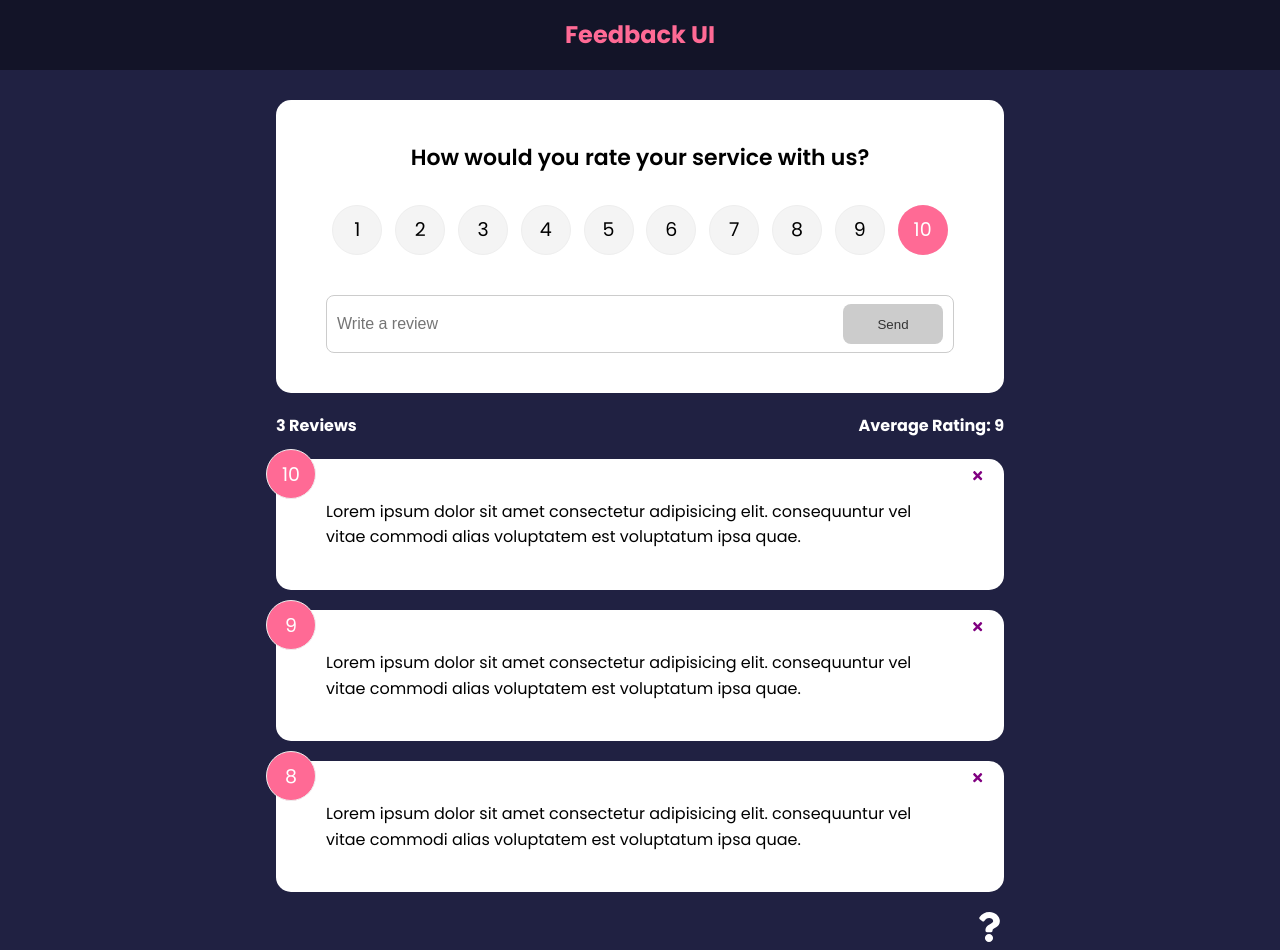
Repository: haokiet2501/feedback-app
Page: /
These files come from the project's save history. The page is drawn as it stood at one moment and after a run of saves; the edit follows.
The browser window is 1280 px wide. The pictures show the whole page.
The project was rebuilt for these pictures with package versions that can differ from the ones it lists, and the page was loaded fresh each time. Also part of the build but not shown: src/pages/AboutPage.jsx.

Above is the page before, as saved 2022-02-26 14:26:55.

### public/index.html
<!DOCTYPE html>
<html lang="en">
  <head>
    <meta charset="utf-8" />
    <link rel="icon" href="%PUBLIC_URL%/favicon.ico" />
    <meta name="viewport" content="width=device-width, initial-scale=1" />
    <meta name="theme-color" content="#000000" />
    <meta
      name="description"
      content="Web site created using create-react-app"
    />
    <link rel="apple-touch-icon" href="%PUBLIC_URL%/logo192.png" />

    <link rel="manifest" href="%PUBLIC_URL%/manifest.json" />

    <title>Feedback App</title>
  </head>
  <body>
    <noscript>You need to enable JavaScript to run this app.</noscript>
    <div id="root"></div>

  </body>
</html>

### src/index.js
import React from 'react'
import ReactDOM from 'react-dom'
import App from './App'
import './index.css'

ReactDOM.render (
    <React.StrictMode>
        <App />
    </React.StrictMode>,
    document.getElementById('root')
)

### src/App.js
import { v4 as uuidv4 } from 'uuid'
import React, {useState} from 'react'
import {BrowserRouter as Router, Route, Routes} from 'react-router-dom'
import Header from "./components/Header"
import FeedbackList from "./components/FeedbackList"
import FeedbackStats from "./components/FeedbackStats"
import FeedbackForm from "./components/FeedbackForm"
import AboutPage from './pages/AboutPage'
import AboutIconLink from './components/AboutIconLink'
import { FeedbackProvider } from './context/FeedbackContext'

import FeedbackData from "./data/FeedbackData"

function App() {
    const [feedback, setFeedback] = useState(FeedbackData)

    const addFeedback = (newFeedback) => {
        newFeedback.id = uuidv4()
        setFeedback([newFeedback, ...feedback])
    }

    const deleteFeedback = (id) => {
        if(window.confirm('Are you sure you want to delete?')) {
            setFeedback(feedback.filter((item) => item.id !== id))
        }
    }
    return (
        <FeedbackProvider>
            <Router>
                <Header />
                <div className="container">
                    <Routes>
                        <Route exact path='/' element={
                            <>
                                <FeedbackForm handleAdd={addFeedback} />
                                <FeedbackStats feedback={feedback} />
                                <FeedbackList feedback={feedback}
                                handleDelete={deleteFeedback}
                                />
                            </>
                        }>
                        </Route>

                        <Route path='/about' element={<AboutPage />} />
                    </Routes>

                    <AboutIconLink />
                </div>
            </Router>
        </FeedbackProvider>
    )
}

export default App

### src/components/Header.jsx
import React from 'react'
import ProTypes from 'prop-types'

const Header = ({ text, bgColor, textColor }) => {
  const handleStyles = {
      backgroundColor: bgColor,
      color: textColor
  }
  return (
    <header style={handleStyles}>
        <div className="container">
            <h2>{text}</h2>
        </div>
    </header>
  )
}

Header.defaultProps = {
    text: 'Feedback UI',
    bgColor: 'rgba(0, 0, 0, 0.4)',
    textColor: '#ff6a95'
}

Header.proTypes = {
    text: ProTypes.string,
    bgColor: ProTypes.string,
    textColor: ProTypes.string,
}

export default Header

### src/components/FeedbackList.jsx
import React, { useContext } from 'react'
import {motion, AnimatePresence} from 'framer-motion'
import FeedbackItem from './FeedbackItem'
import FeedbackContext from '../context/FeedbackContext'

function FeedbackList({ feedback, handleDelete }) {
    if(!feedback || feedback.length === 0) {
        return <p>No Feedback Yet</p>
    }

    return (
        <div className='feedback-list'>
            <AnimatePresence>
                {feedback.map((item) => (
                    <motion.div
                        key={item.id}
                        initial={{ opacity: 0 }}
                        animate={{ opacity: 1 }}
                        exit={{ opacity: 0 }}
                    >
                        <FeedbackItem
                            key={item.id}
                            item={item}
                            handleDelete={handleDelete}
                        />
                    </motion.div>
                ))}
            </AnimatePresence>
        </div>
      )

    // return (
    //   <div className='feedback-list'>
    //     {feedback.map((item) => (
    //         <FeedbackItem
    //             key={item.id}
    //             item={item}
    //             handleDelete={handleDelete}
    //         />
    //     ))}
    //   </div>
    // )
}

export default FeedbackList

### src/components/FeedbackStats.jsx
import PropTypes from 'prop-types'

function FeedbackStats({ feedback }) {
    let average = feedback.reduce((acc, cur) => {
        return acc + cur.rating
    }, 0) / feedback.length

    average = average.toFixed(1).replace(/[.,]0$/, '')

    return (
      <div className="feedback-stats">
          <h4>{feedback.length} Reviews</h4>
          <h4>Average Rating: {isNaN(average) ? 0 : average}</h4>
      </div>
    )
}

FeedbackStats.propTypes = {
    feedback: PropTypes.array.isRequired,
}

export default FeedbackStats

### src/components/FeedbackForm.jsx
import React, {useState} from "react";
import RatingSelected from "./RatingSelected";
import Card from "./shared/Card";
import Button from "./shared/Button";

function FeedbackForm({ handleAdd }) {
    const [text, setText] = useState('')
    const [rating, setRating] = useState(10)
    const [btnDisabled, setBtnDisabled] = useState(true)
    const [message, setMessage] = useState('')

    const handleTextChange = (e) => {
        if(text === '') {
            setBtnDisabled(true)
            setMessage(null)
        } else if (text !== '' && text.trim().length <= 10) {
            setMessage('Text must be at least 10 characters')
            setBtnDisabled(true)
        } else {
            setBtnDisabled(false)
            setMessage(null)
        }

        setText(e.target.value);
    }

    const handleSubmit = (e) => {
        e.preventDefault()
        if(text.trim().length > 10) {
            const newFeedback = {
                text,
                rating
            }

            handleAdd(newFeedback);

            setText('')
        }
    }

    return (
        <Card>
            <form onSubmit={handleSubmit}>
                <h2>How would you rate your service with us?</h2>
                <RatingSelected select={(rating) => setRating(rating)} />
                <div className="input-group">
                    <input
                      onChange={handleTextChange}
                      type="text"
                      placeholder="Write a review"
                      value={text}
                    />
                    <Button type="submit" isDisabled={btnDisabled}>Send</Button>
                </div>

                {message && <div className="message">{message}</div>}
            </form>
        </Card>
    );
}

export default FeedbackForm;

### src/components/AboutIconLink.jsx
import React from 'react'
import { FaQuestion } from 'react-icons/fa'
import { Link } from 'react-router-dom'

function AboutIconLink() {
  return (
    <div className='about-link'>
        <Link to="/about">
            <FaQuestion size={30} />
        </Link>
    </div>
  )
}

export default AboutIconLink

### src/context/FeedbackContext.js
import { createContext, useState } from "react";

const FeedbackContext = createContext()

export const FeedbackProvider = ({children}) => {
    const [feedback, setFeedback] = useState([
        {
            id: 1,
            text: 'This item is from context',
            rating: 10
        }
    ])

    return <FeedbackContext.Provider value={{
        feedback,
    }}>
        {children}
    </FeedbackContext.Provider>
}

export default FeedbackContext

### src/data/FeedbackData.js
const FeedbackData = [
    {
        id: 1,
        rating: 10,
        text: 'Lorem ipsum dolor sit amet consectetur adipisicing elit. consequuntur vel vitae commodi alias voluptatem est voluptatum ipsa quae.',
      },
      {
        id: 2,
        rating: 9,
        text: 'Lorem ipsum dolor sit amet consectetur adipisicing elit. consequuntur vel vitae commodi alias voluptatem est voluptatum ipsa quae.',
      },
      {
        id: 3,
        rating: 8,
        text: 'Lorem ipsum dolor sit amet consectetur adipisicing elit. consequuntur vel vitae commodi alias voluptatem est voluptatum ipsa quae.',
      },
]

export default FeedbackData

### src/components/FeedbackItem.jsx
import { FaTimes } from 'react-icons/fa'
import PropTypes from 'prop-types'
import Card from './shared/Card'

function FeedbackItem({ item, handleDelete }) {

    return (
      <Card>
          <div className="num-display">{item.rating}</div>
          <button onClick={() => handleDelete(item.id)} className='close'>
              <FaTimes color='purple' />
          </button>
          <div className="text-display">{item.text}</div>
      </Card>
    )
}

FeedbackItem.propTypes = {
    item: PropTypes.object.isRequired,
}

export default FeedbackItem

### src/components/RatingSelected.jsx
import React, {useState} from 'react'

function RatingSelected({ select }) {
    const [selected, setSelecred] = useState(10)

    const handleChange = (e) => {
        setSelecred(+e.currentTarget.value);
        select(+e.currentTarget.value);
    }
    return (
        <ul className='rating'>
            <li>
                <input
                    type="radio"
                    id='num1'
                    name='rating'
                    value='1'
                    onChange={handleChange}
                    checked={selected === 1}
                />
                <label htmlFor="num1">1</label>
            </li>
            <li>
                <input
                    type="radio"
                    id='num2'
                    name='rating'
                    value='2'
                    onChange={handleChange}
                    checked={selected === 2}
                />
                <label htmlFor="num2">2</label>
            </li>
            <li>
                <input
                    type="radio"
                    id='num3'
                    name='rating'
                    value='3'
                    onChange={handleChange}
                    checked={selected === 3}
                />
                <label htmlFor="num3">3</label>
            </li>
            <li>
                <input
                    type="radio"
                    id='num4'
                    name='rating'
                    value='4'
                    onChange={handleChange}
                    checked={selected === 4}
                />
                <label htmlFor="num4">4</label>
            </li>
            <li>
                <input
                    type="radio"
                    id='num5'
                    name='rating'
                    value='5'
                    onChange={handleChange}
                    checked={selected === 5}
                />
                <label htmlFor="num5">5</label>
            </li>
            <li>
                <input
                    type="radio"
                    id='num6'
                    name='rating'
                    value='6'
                    onChange={handleChange}
                    checked={selected === 6}
                />
                <label htmlFor="num6">6</label>
            </li>
            <li>
                <input
                    type="radio"
                    id='num7'
                    name='rating'
                    value='7'
                    onChange={handleChange}
                    checked={selected === 7}
                />
                <label htmlFor="num7">7</label>
            </li>
            <li>
                <input
                    type="radio"
                    id='num8'
                    name='rating'
                    value='8'
                    onChange={handleChange}
                    checked={selected === 8}
                />
                <label htmlFor="num8">8</label>
            </li>
            <li>
                <input
                    type="radio"
                    id='num9'
                    name='rating'
                    value='9'
                    onChange={handleChange}
                    checked={selected === 9}
                />
                <label htmlFor="num9">9</label>
            </li>
            <li>
                <input
                    type="radio"
                    id='num7'
                    name='rating'
                    value='10'
                    onChange={handleChange}
                    checked={selected === 10}
                />
                <label htmlFor="num10">10</label>
            </li>
        </ul>
    )
}

export default RatingSelected

### src/components/shared/Card.jsx
import PropTypes from 'prop-types'

function Card({ children, reverse }) {
//   return (
//     <div className={`card ${reverse && 'reverse'}`}>{children}</div>
//   )
    return (
        <div className="card"
            style={{
            backgroundColor: reverse ? 'rgba(0, 0, 0, 0.4)' : '#fff',
            color: reverse ? '#fff' : '#000',
            }}
        >
            {children}
        </div>
    )
}

Card.defaultProps = {
    reverse: false,
}

Card.propTypes = {
    children: PropTypes.node.isRequired,
    reverse: PropTypes.bool,
}

export default Card

### src/components/shared/Button.jsx
import React from 'react'
import PropTypes from 'prop-types'

function Button({ children, version, type, isDisabled }) {
  return (
    <button type={type} disabled={isDisabled} className={`btn btn-${version}`}>
        {children}
    </button>
  )
}

Button.defaultProps = {
    version: 'primary',
    type: 'button',
    isDisabled: false,
}

Button.proTypes = {
    children: PropTypes.node.isRequired,
    version: PropTypes.string,
    type: PropTypes.string,
    isDisabled: PropTypes.bool,
}

export default Button

Loaded but not shown: src/index.css (common file)

After the next 6 saves:
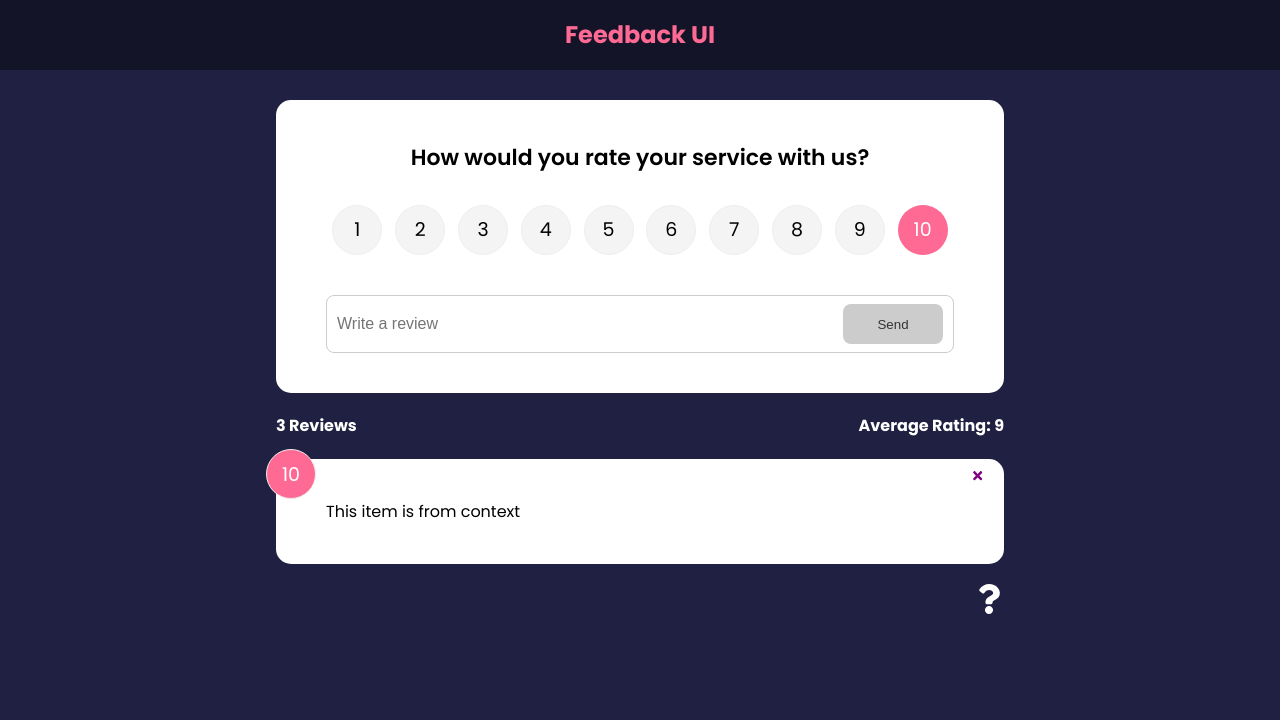
The 6 saves are shown as one change because 1 did not build or start and some came seconds apart.
The last was saved 118 s later.
--- a/src/components/FeedbackList.jsx
+++ b/src/components/FeedbackList.jsx
@@ -3,7 +3,9 @@ import {motion, AnimatePresence} from 'framer-motion'
 import FeedbackItem from './FeedbackItem'
 import FeedbackContext from '../context/FeedbackContext'
 
-function FeedbackList({ feedback, handleDelete }) {
+function FeedbackList({ handleDelete }) {
+    const {feedback} = useContext(FeedbackContext)
+
     if(!feedback || feedback.length === 0) {
         return <p>No Feedback Yet</p>
     }
